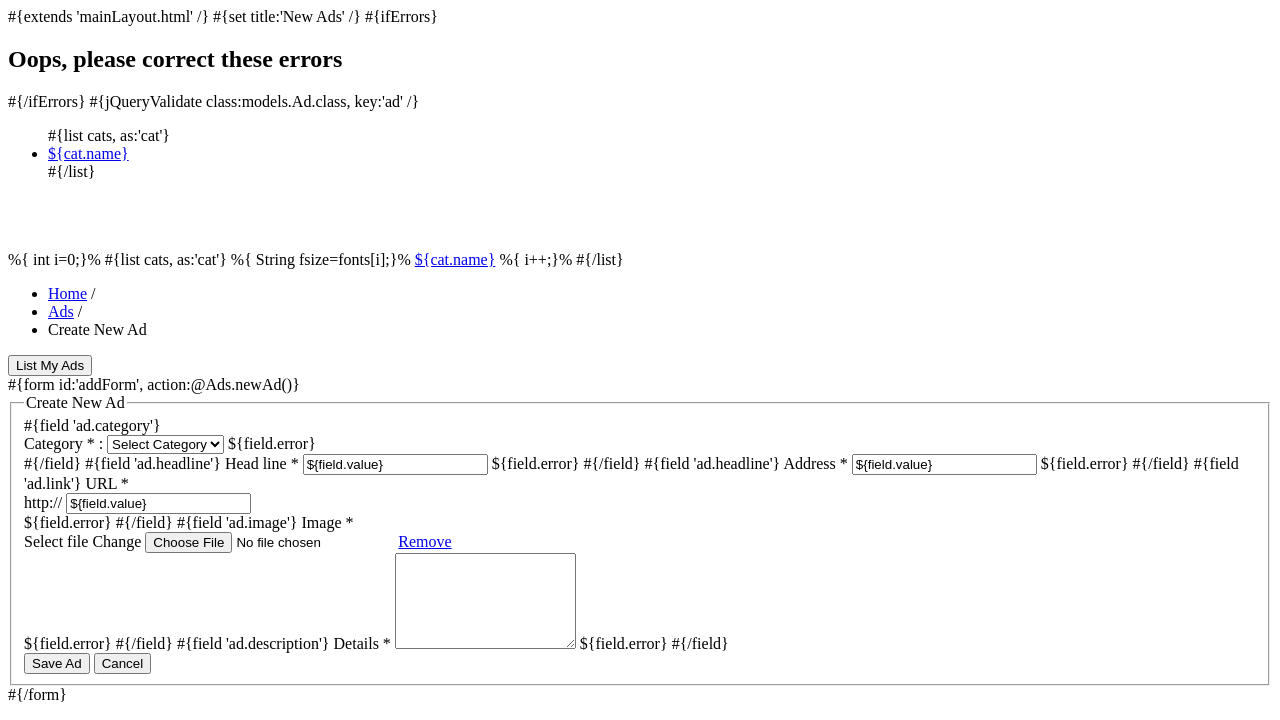
Repository: Maalejm/SEBA
Page: SlifeWebSite/app/views/Ads/newAd.html
These files come from the project's save history. The page is drawn as it stood at one moment and after the next save; the edit follows.
The browser window is 1280 px wide. The pictures show the whole page.

Above is the page before, as saved 2013-06-18 06:53:03.

After the next save:
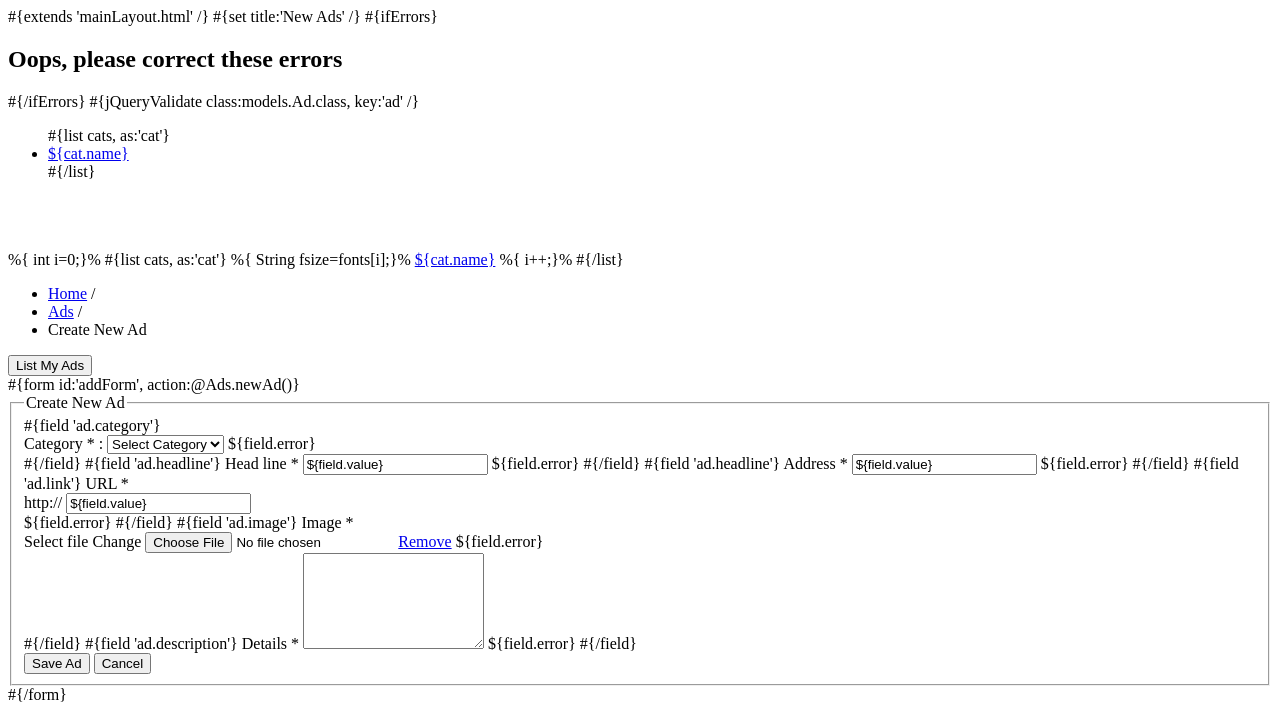
Saved 3 min 21 s later.
--- a/SlifeWebSite/app/views/Ads/newAd.html
+++ b/SlifeWebSite/app/views/Ads/newAd.html
@@ -99,11 +99,13 @@
    								 <span class="fileupload-new">Select file</span>
    								 <span class="fileupload-exists">Change</span>
    								 <input type="file" id="${field.id}" value="${field.value}"  name="${field.name}" class="${field.errorClass}" /></span><a href="#" class="btn fileupload-exists" data-dismiss="fileupload">Remove</a>
+   								 <span class="error">${field.error}</span>
+
   								</div>
 
 							</div>
 
-                             <span class="error">${field.error}</span>
+
                             #{/field}
 
 
